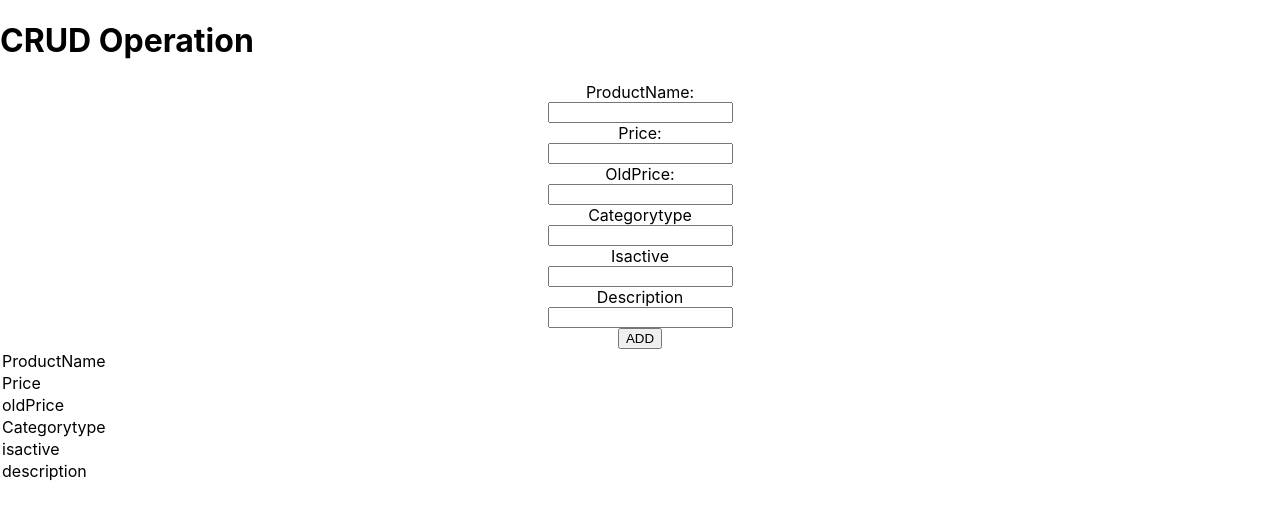
Repository: Josephkennedy603/Tridots-CRUD
Page: /
These files come from the project's save history. The page is drawn as it stood at one moment and after the next save; the edit follows.
The browser window is 1280 px wide. The pictures show the whole page.
The project was rebuilt for these pictures with package versions that can differ from the ones it lists, and the page was loaded fresh each time.

Above is the page before, as saved 2024-09-20 16:37:30.

After the next save:
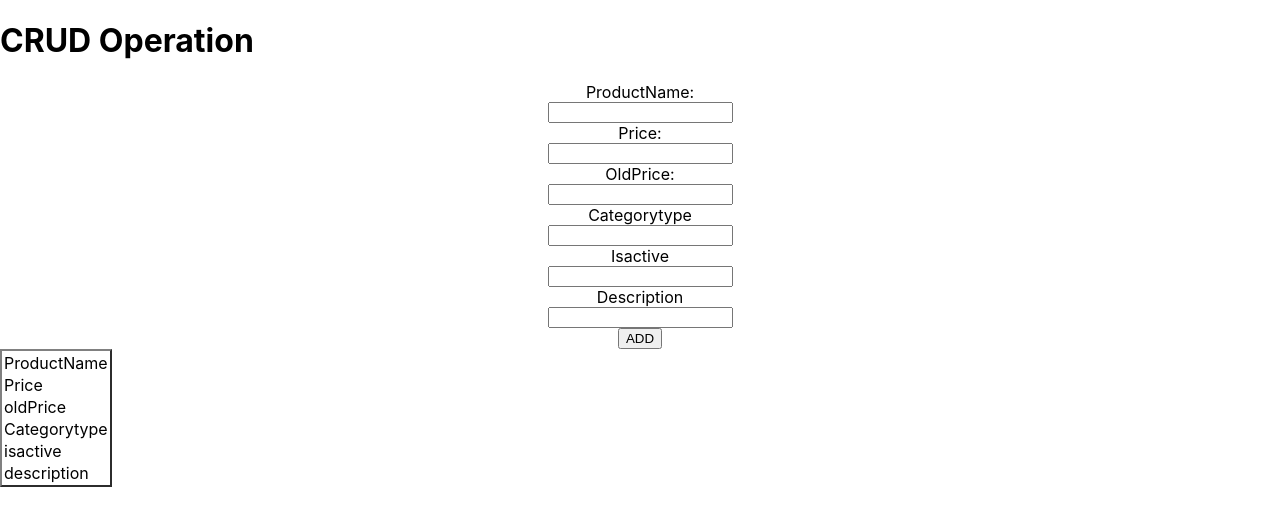
Saved 26 s later.
--- a/src/App.jsx
+++ b/src/App.jsx
@@ -24,7 +24,7 @@ function App() {
     Categorytype,
     isactive,
     description, */}
-      <table>
+      <table border={2}>
         <tbody>
           <tr>ProductName</tr>
           <tr>Price</tr>
